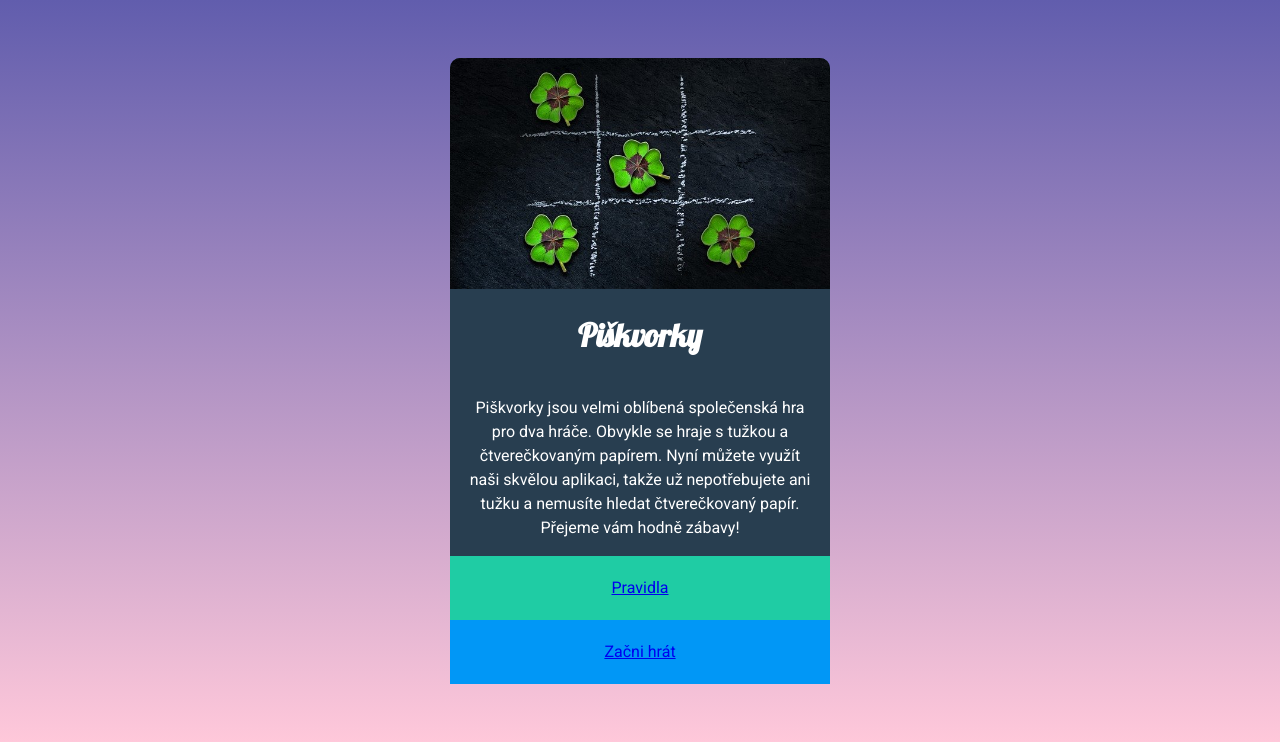
Repository: VerPro/piskvorky
Page: index.html
The author's editor kept a copy of each file at every save. The page is drawn from the files as they stood at one save, then again after the next save.
The browser window is 1280 px wide. The pictures show the whole page.

Above is the page before, as saved 2021-03-24 21:31:44.

After the next save:
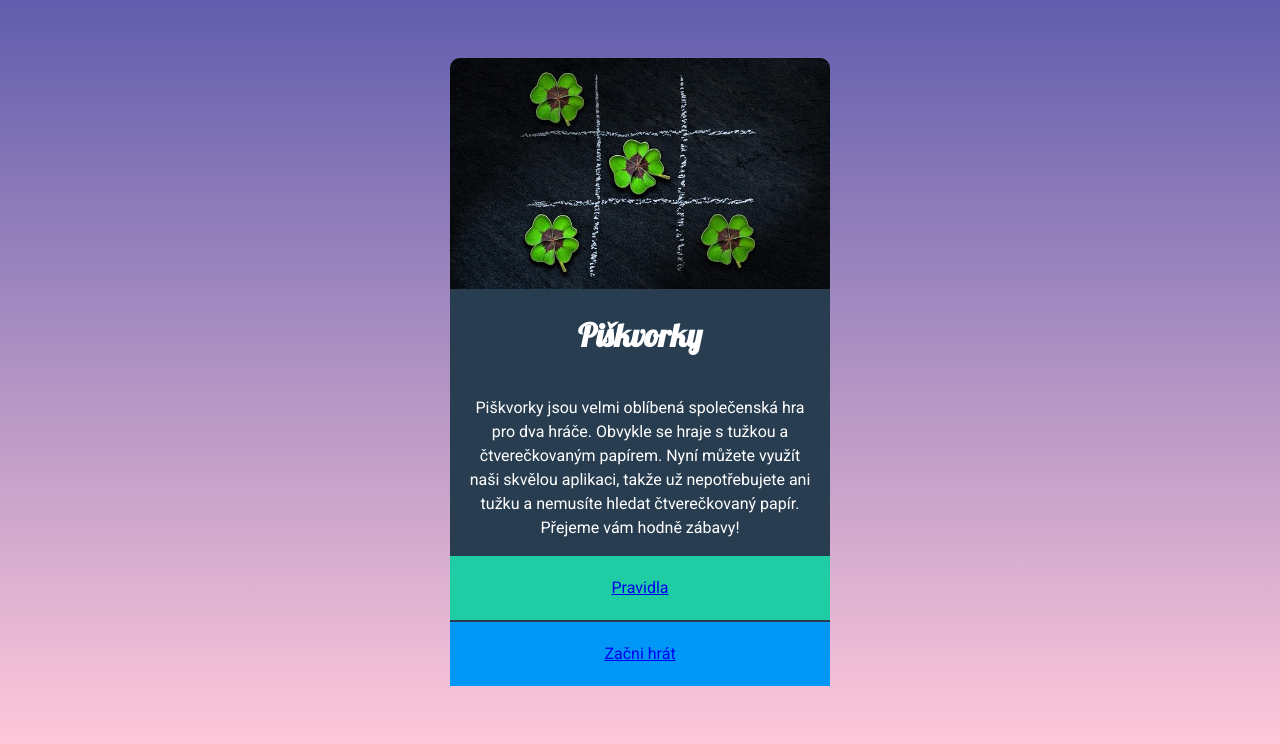
Saved 99 s later.
--- a/styly.css
+++ b/styly.css
@@ -43,7 +43,7 @@ nav {
   background-color: #1fcca4;
   padding: 20px;
   flex-grow: 1;
-  border-bottom: 1px;
+  border-bottom: 2px solid #283e50;
 }
 
 .buttonPravidla:hover {
